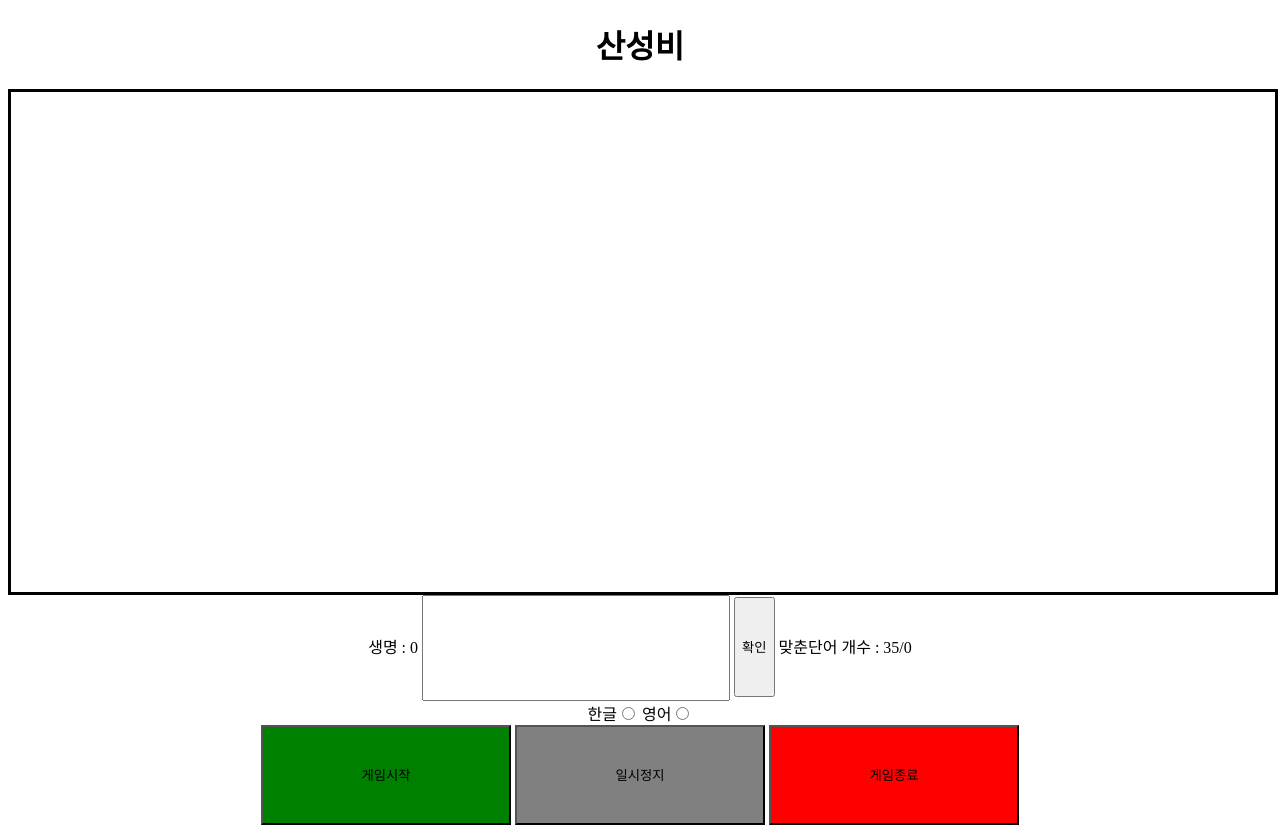
Repository: yuj1818/Hustar_JavaScript
Page: edu/edu/view/js_edu/sanseongbee.html
The author's editor kept a copy of each file at every save. The page is drawn from the files as they stood at one save, then again after the next save.
The browser window is 1280 px wide. The pictures show the whole page.

Above is the page before, as saved 2022-06-02 04:44:36.

After the next save:
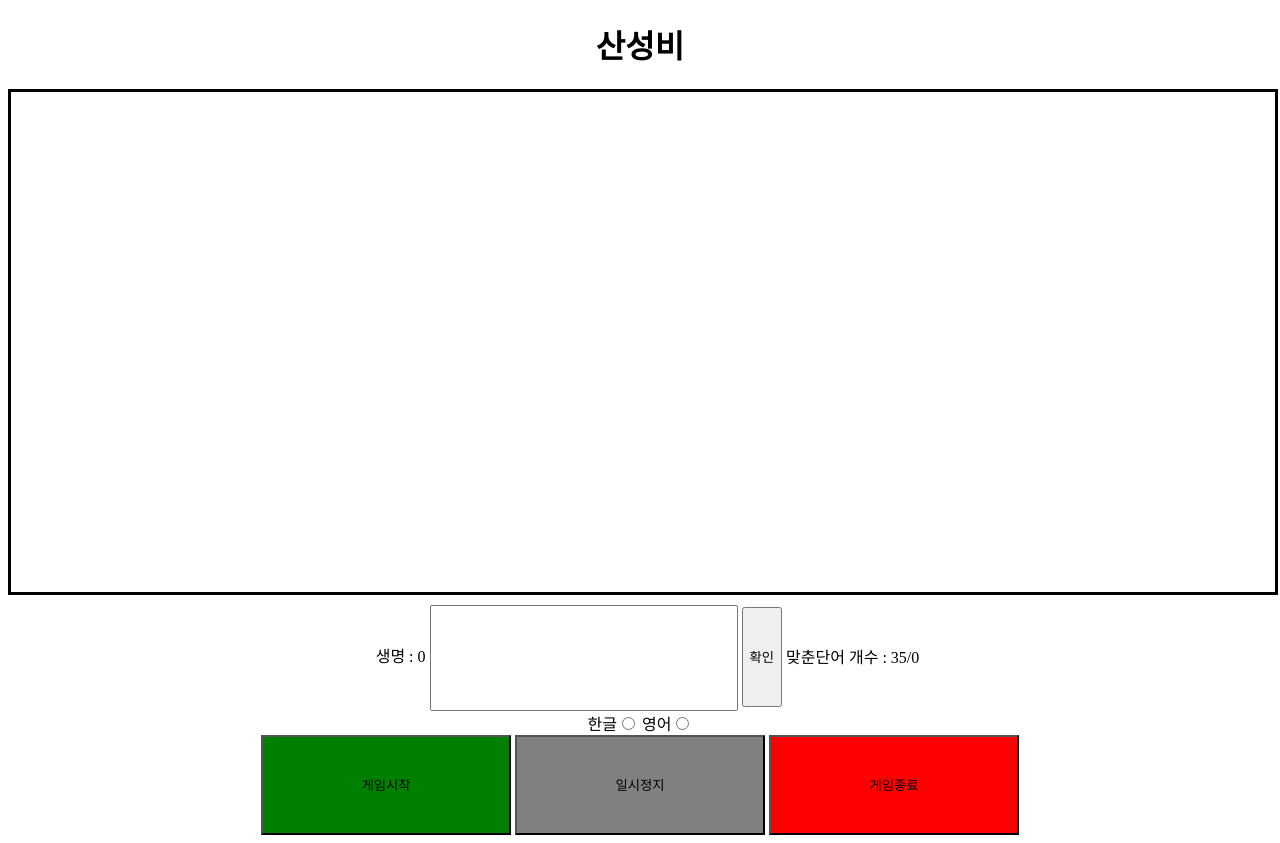
Saved 2 min 27 s later.
--- a/edu/edu/view/js_edu/sanseongbee.html
+++ b/edu/edu/view/js_edu/sanseongbee.html
@@ -46,8 +46,8 @@
 
 		<div class="game_main"></div>
 
-		<div class="text_center">
-			<span>
+		<div class="text_center" style="margin-top: 10px">
+			<span style="margin-left: 15px;">
 				생명 : 0
 			</span>
 
